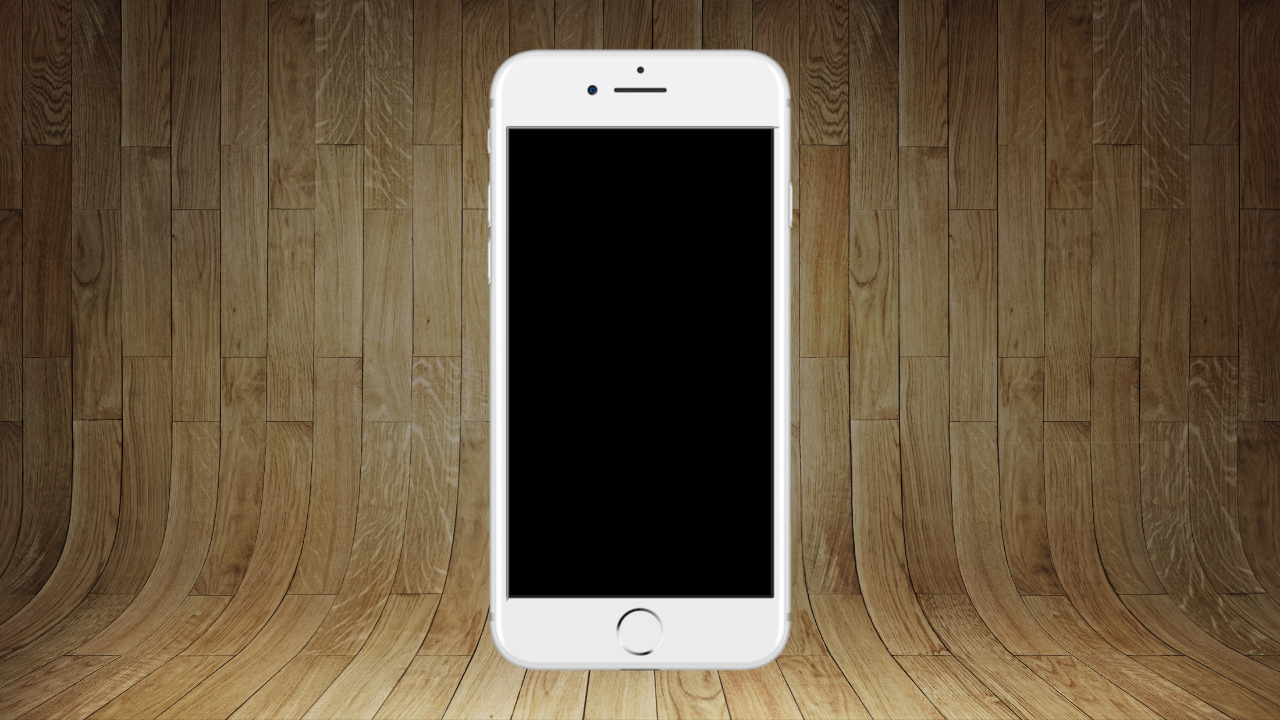
Repository: Sandro1969-tech/Projeto-social-desafio13
Page: index.html
An editor plug-in stored every save of this project. The page is shown before and after a run of saves, followed by the edit.
The browser window is 1280 px wide. The pictures show the whole page.

Above is the page before, as saved 2025-12-04 18:49:21.

### index.html
<!DOCTYPE html>
<html lang="pt-br">
<head>
    <meta charset="UTF-8">
    <meta name="viewport" content="width=device-width, initial-scale=1.0">
    <link rel="shorcut icon" href="favicon.ico">
    <link rel="stylesheet" href="style.css">
    <title>Projepo Redes sociais</title>
</head>
<main>
    <section id="telefone">
        <iframe src="home.html" name="tela" id="tela"></iframe>
        </section>
        <section id="Redes Sociais"
    </section>
</main>
<body>

</body>
</html>

### style.css
@charset "UTF-8";
* {
    margin: 0px;
    padding: 0px;
    font-family: Arial, Helvetica, sans-serif;

}
html, body {
    height: 100vh;
    width: 100vw;
    background-color: black;

    body {
        background: url(assets/image/fundo-madeira.jpg);
        no -repeat top center;
        background-size: cover;
        background-attachment: fixed;
    }

}
main {
    height: 100vh;
position: relative;

}

section#telefone {
    position: absolute;
    top: 50%;
    left: 50%;
    transform: translate(-50%, -50%);
    height: 627px;
    width: 311px;
    background: url(assets/image/frame-iphone.png) no-repeat;
}

section#telefone iframe {
    position: relative;
    top: 80px;
    left: 22px;
    height: 471px;
    width: 269px;

}

### home.html
<!DOCTYPE html>
<html lang="pt-BR">
<head>
    <meta charset="UTF-8">
    <meta name="viewport" content="width=device-width, initial-scale=1.0">
    <title>Home</title>
</head>
<style>
    * {
        margin: 0;
        padding: 0;
    }

    body {
        width: 100vw;
        height: 100vh;
        background-color: black url(assets/image/tela-home.jpg) no repeat
        top center;
        background-size:cover;
    }
</style>
<body>

</body>
</html>

After the next 2 saves:
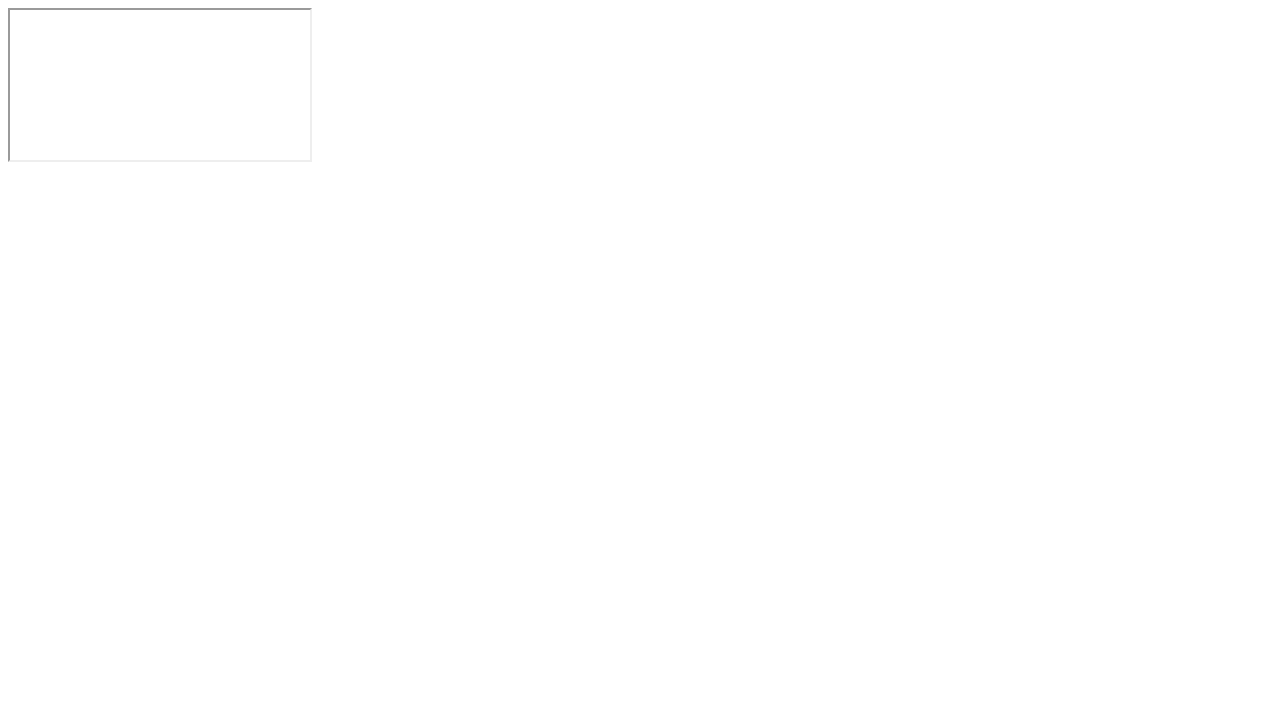
The 2 saves are shown as one change because they came seconds apart.
The last was saved 63 s later.
--- a/index.html
+++ b/index.html
@@ -4,7 +4,7 @@
     <meta charset="UTF-8">
     <meta name="viewport" content="width=device-width, initial-scale=1.0">
     <link rel="shorcut icon" href="favicon.ico">
-    <link rel="stylesheet" href="style.css">
+    <link rel="stylesheet" href="">
     <title>Projepo Redes sociais</title>
 </head>
 <main>

After the save that followed:
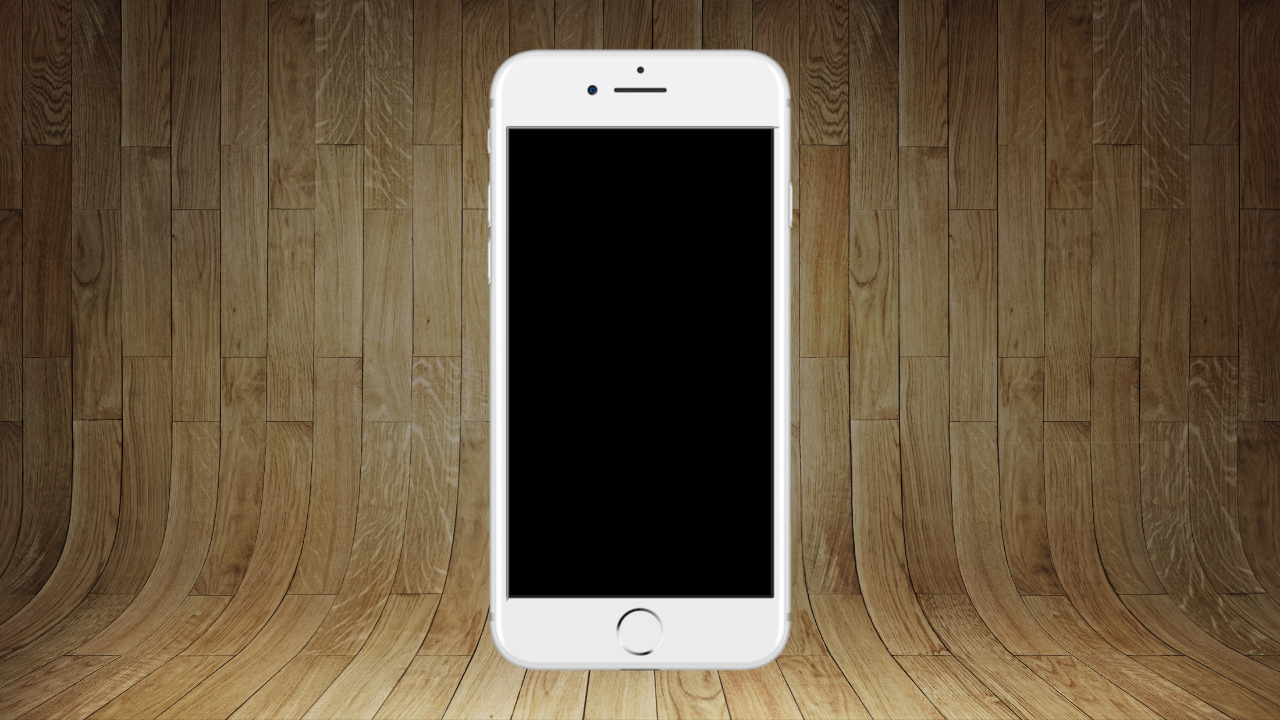
Saved 12 s later.
--- a/index.html
+++ b/index.html
@@ -4,7 +4,7 @@
     <meta charset="UTF-8">
     <meta name="viewport" content="width=device-width, initial-scale=1.0">
     <link rel="shorcut icon" href="favicon.ico">
-    <link rel="stylesheet" href="">
+    <link rel="stylesheet" href="style.css">
     <title>Projepo Redes sociais</title>
 </head>
 <main>
